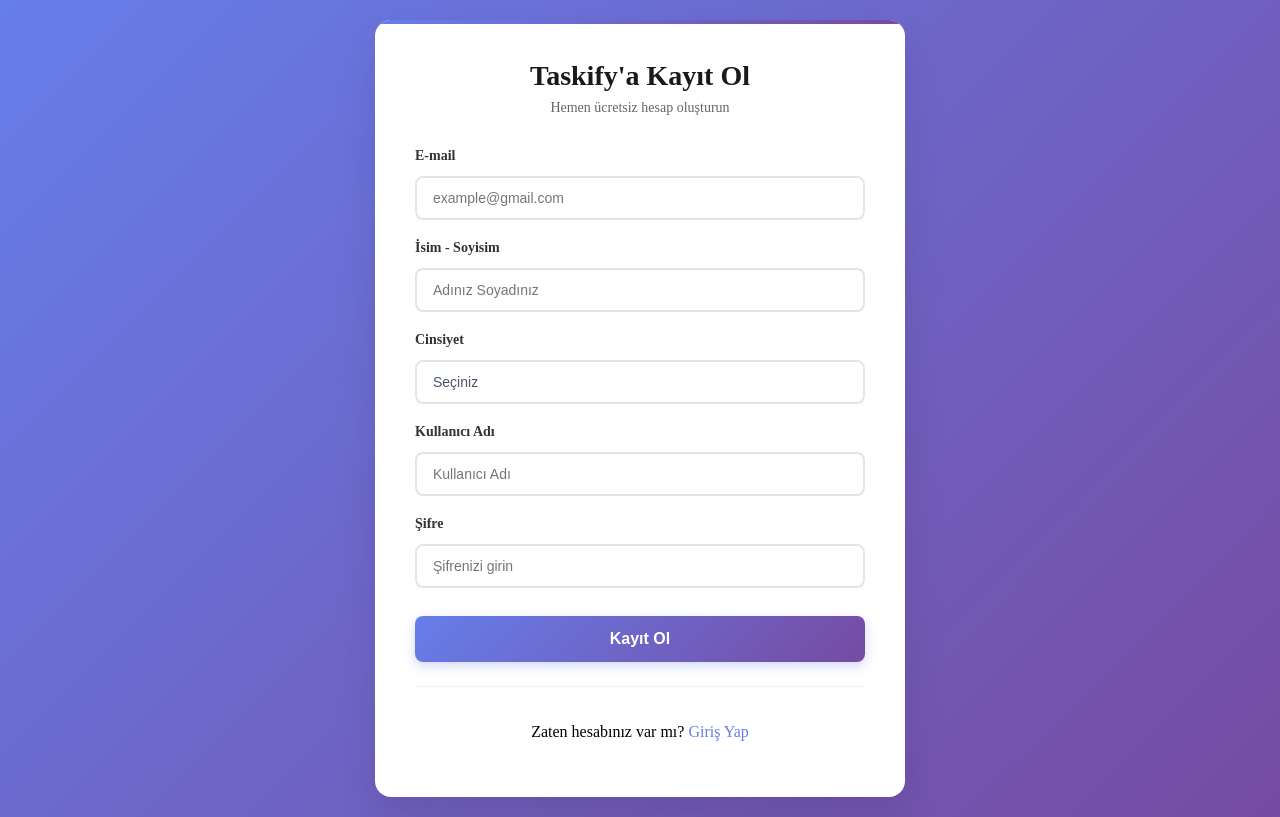
Repository: rumeyssaasya/TaskifyFrontendExample
Page: /auth/register
An editor plug-in stored every save of this project. The page is shown before and after the next save, followed by the edit.
The browser window is 1280 px wide. The pictures show the whole page.
The project was rebuilt for these pictures with package versions that can differ from the ones it lists, and the page was loaded fresh each time. Also part of the build but not shown: vite.config.ts, src/pages/Login/login.tsx, src/component/Navbar/navbar.css, src/component/ProfileDropDownMenu/profileDropDownMenu.css, src/component/ProfileDropDownMenu/profileDropDownMenu.tsx, src/component/Navbar/navbar.tsx, src/component/ProjectList/projectList.css, src/component/ProjectList/projectList.tsx and 19 more.

Above is the page before, as saved 2025-08-09 00:43:19.

After the next save:
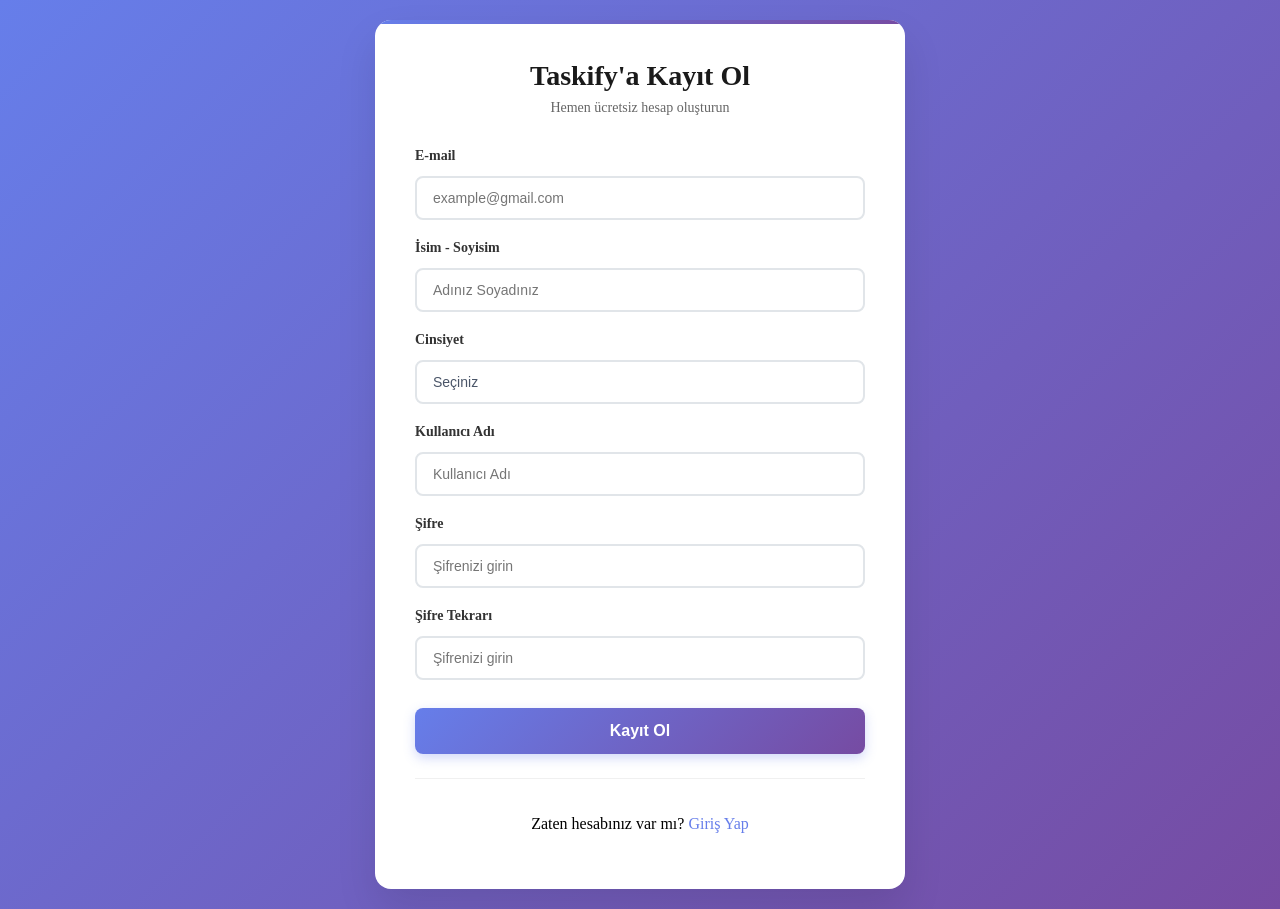
Saved 31 min 18 s later.
--- a/src/pages/Register/register.tsx
+++ b/src/pages/Register/register.tsx
@@ -124,6 +124,19 @@
               disabled={isLoading}
             />
           </div>
+          <div className="form-group">
+            <label className="form-label">Şifre Tekrarı</label>
+            <input
+              type="password"
+              className="form-input"
+              placeholder="Şifrenizi girin"
+              value={password}
+              onChange={(e) => setPassword(e.target.value)}
+              autoComplete="new-password"
+              required
+              disabled={isLoading}
+            />
+          </div>
 
           <button type="submit" className="register-btn" disabled={isLoading}>
             {isLoading && <span className="loading-spinner"></span>}
